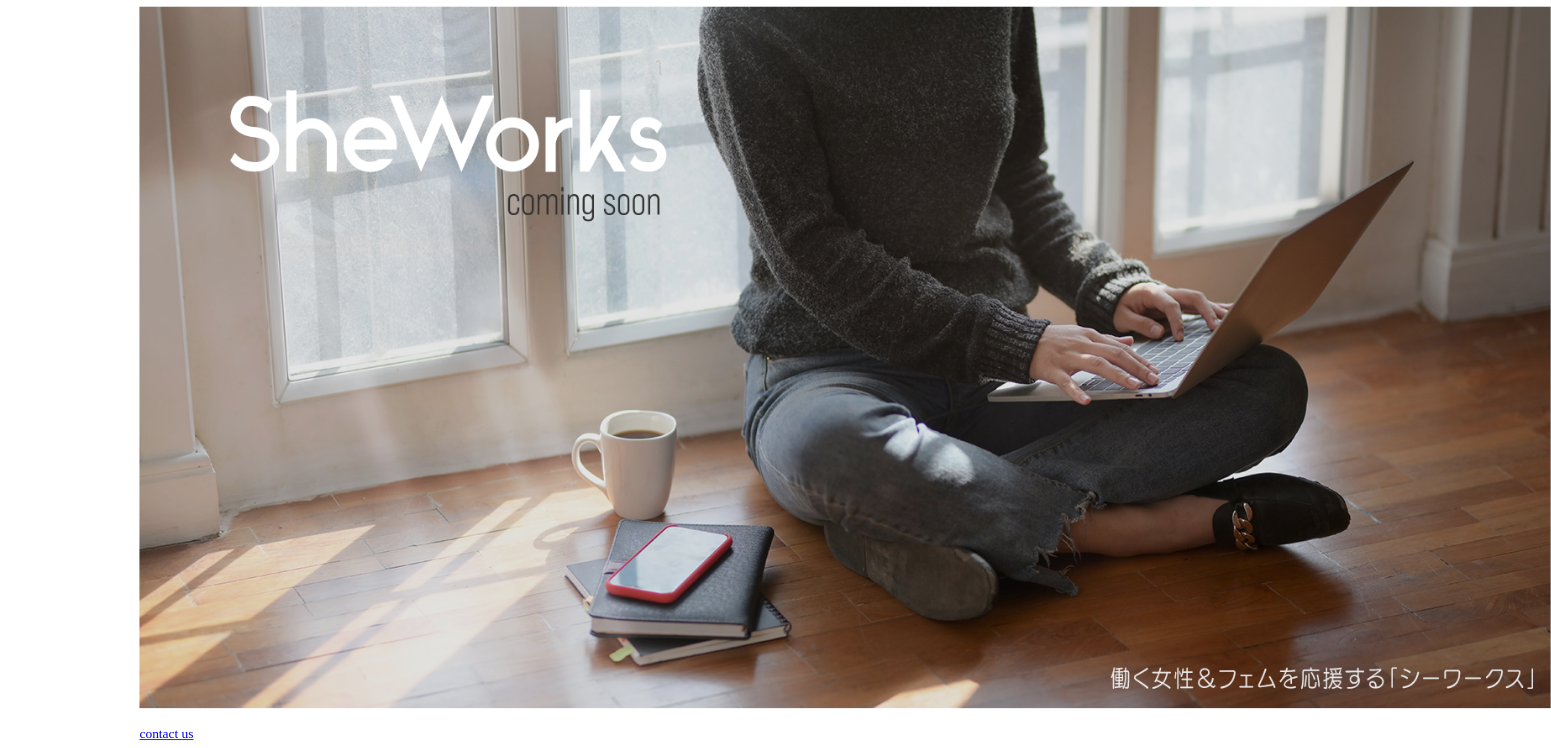
Repository: sheworks/sheworks.github.io
Page: index.html
The author's editor kept a record of every edit. The page is drawn from the files as they stood at one moment, then again after the next edit.
The browser window is 1280 px wide. The page is 1846 px wide, then 1280 px, so the pictures cover 1846 px, including what lies to the right of the window. The pictures show the whole page, at 84% of full size.

Above is the page before.

After the next edit:
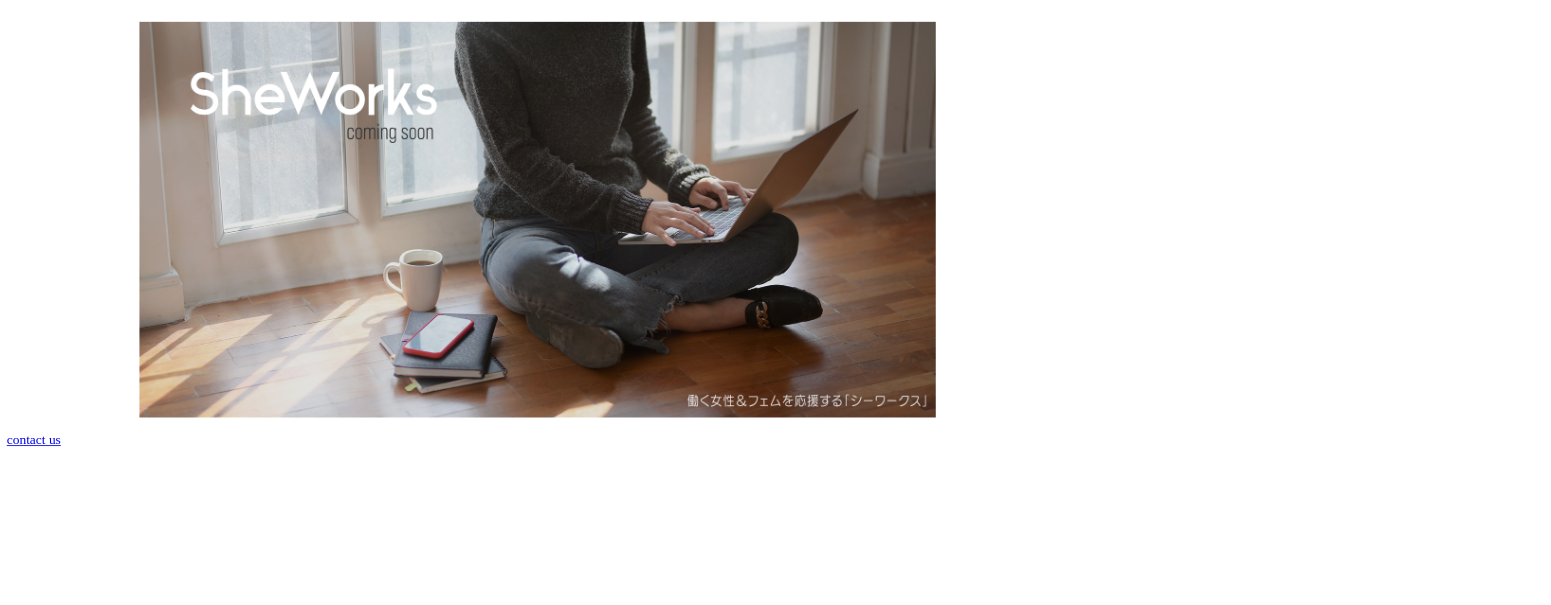
The edit:
--- a/index.html
+++ b/index.html
@@ -8,9 +8,9 @@
         <link rel="stylesheet" href="style.css" type="text/css" />
     </head>
     <body>
-        <div class="center">
-            <img src="placeholder.png" alt="SheWorks: coming soon">
+        <div>
             <br>
+            <img src="placeholder.png" alt="SheWorks: coming soon"  class="center">
             <br>
             <a href="mailto:sheworksjp[@]gmail[.]com">contact us</a>
         </div>
